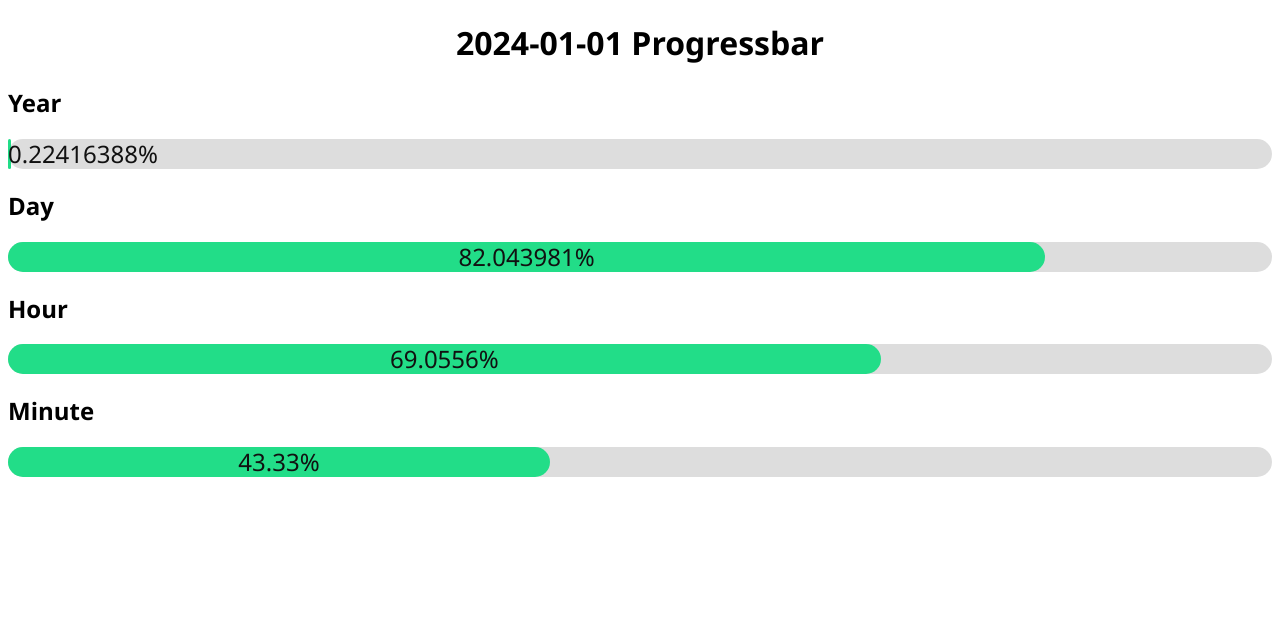
Repository: end888160/end888160.github.io
Page: progress_clock2.html
The author's editor kept a copy of each file at every save. The page is drawn from the files as they stood at one save, then again after the next save.
The browser window is 1280 px wide. The pictures show the whole page.

Above is the page before, as saved 2024-09-22 15:24:08.

After the next save:
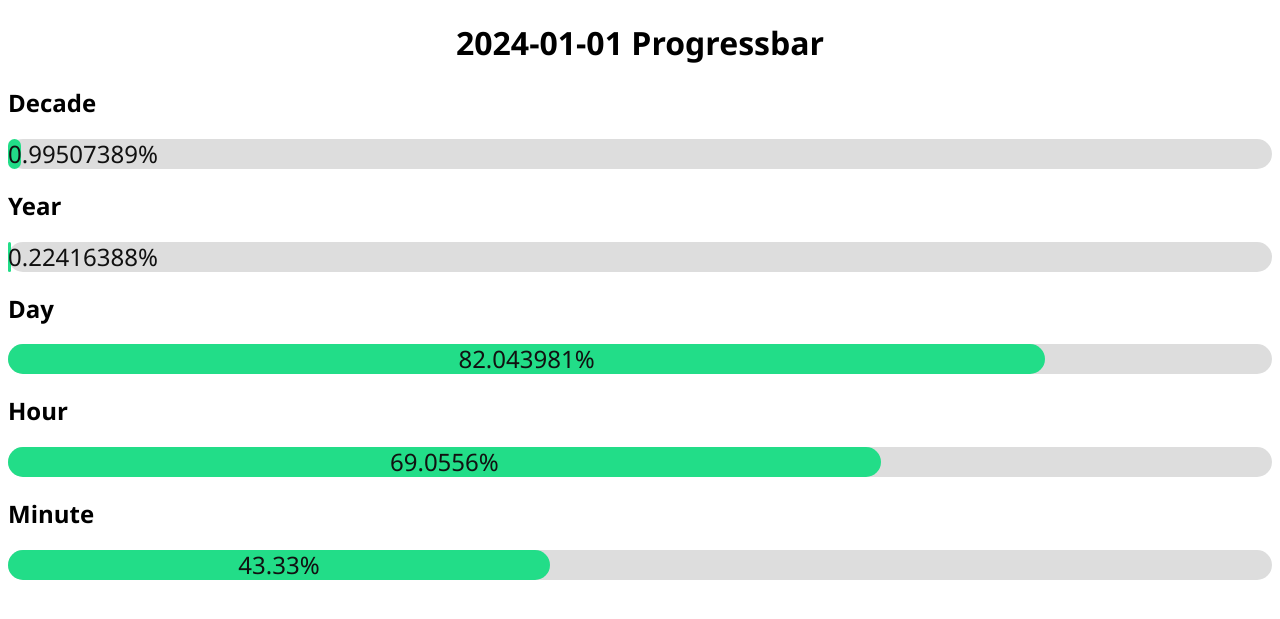
Saved 8 min 37 s later.
--- a/progress_clock2.html
+++ b/progress_clock2.html
@@ -49,6 +49,46 @@
 
 <h1 id="caption" style="text-align: center;"></h1>
 
+<h2>Decade</h2>
+<div id="decade" class="countDownProgress">
+	<div id="Decade" class="countDownBar"></div>
+</div>
+<script>
+	var i=0
+function progress() {
+	if (i == 0) {
+		i = 1;
+		var elem = document.getElementById("Decade");
+		var width = 0;
+		function frame() {
+			var countDownTarget = Math.floor(new Date().getFullYear()/10+1)*10;
+			var countDownPast = Math.floor(new Date().getFullYear()/10)*10;
+
+			var empty = countDownPast;
+			var full = countDownTarget;
+
+			if (( empty / full ) >= 100) {
+				clearInterval(id);
+				i = 0;
+			} else {
+				elem.style.width = ( empty / full ).toFixed(8) + "%";
+				elem.innerHTML = ( empty / full ).toFixed(8)  + "%";
+			}
+		}
+
+	setInterval(frame, 50);
+	}
+
+}
+function count() {
+	progress();
+	setTimeout(count, 1)
+}
+count()
+</script>
+
+
+
 <h2>Year</h2>
 <div id="year" class="countDownProgress">
 	<div id="Year" class="countDownBar"></div>
